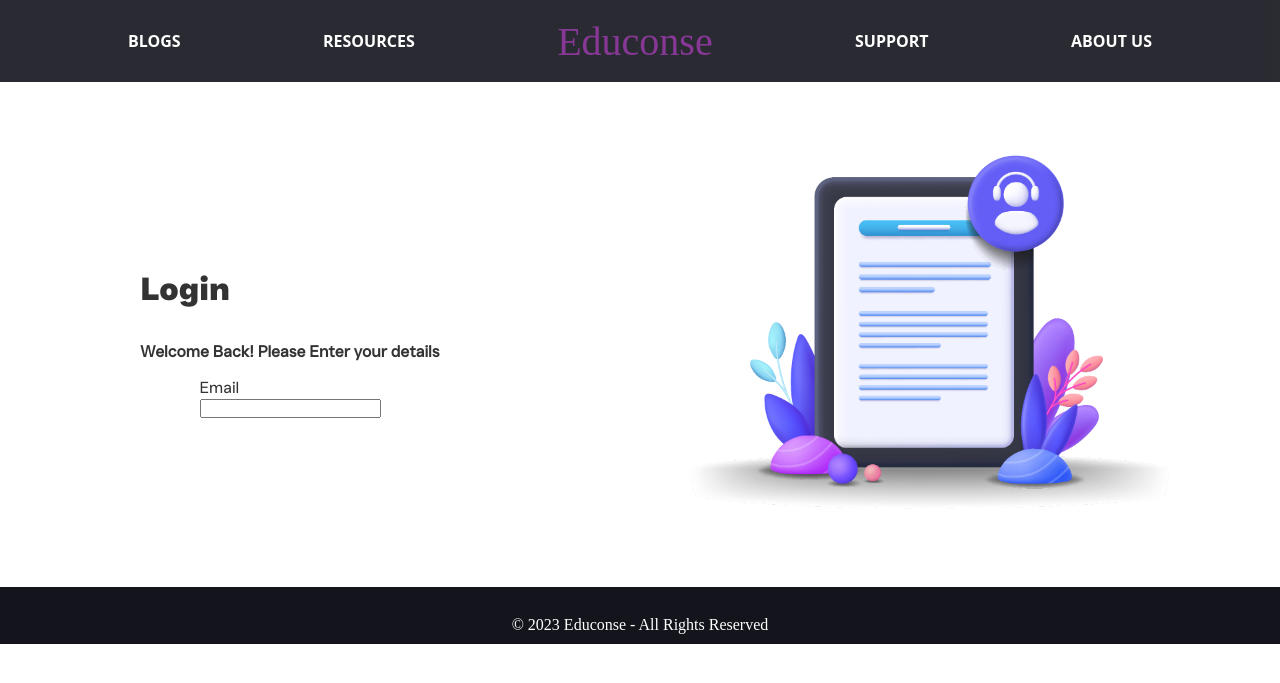
Repository: devajay07/educonse
Page: pages/login.html
An editor plug-in stored every save of this project. The page is shown before and after a run of saves, followed by the edit.
The browser window is 1280 px wide. The pictures show the whole page.

Above is the page before, as saved 2023-10-15 01:57:39.

After the next 3 saves:
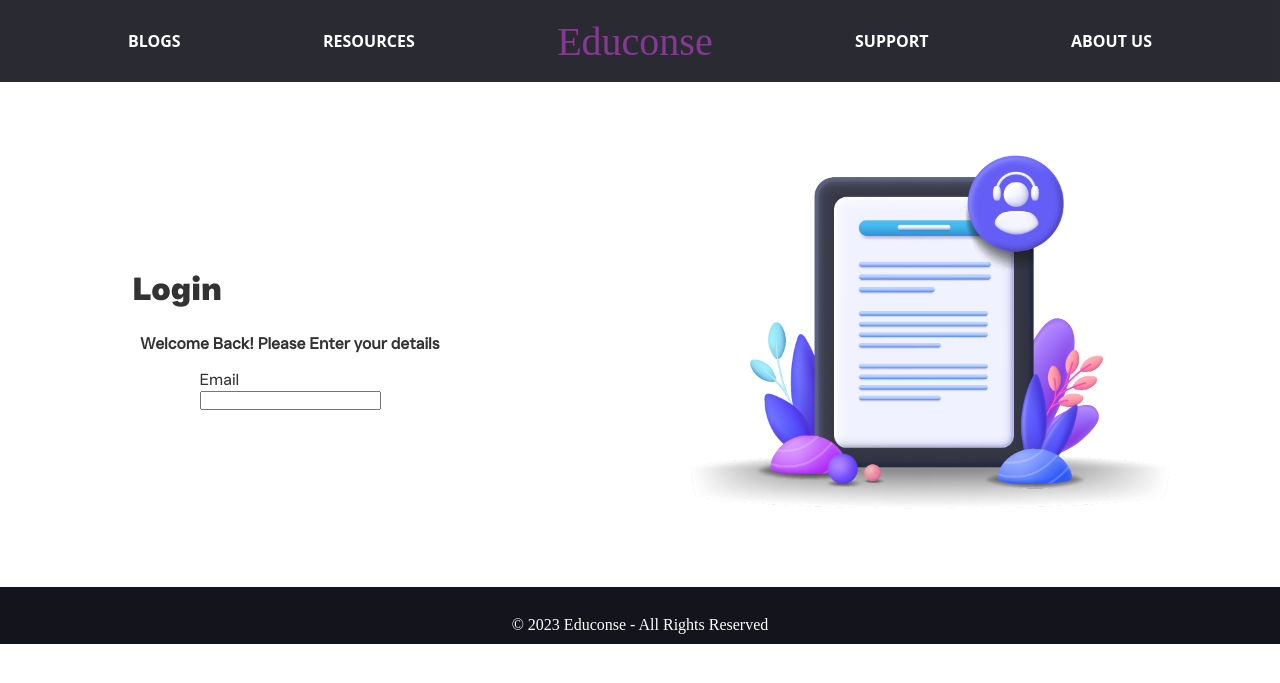
The 3 saves are shown as one change because they came seconds apart.
The last was saved 12 s later.
--- a/css/login.css
+++ b/css/login.css
@@ -55,7 +55,7 @@ main .login-panel{
 .heading{
   font-family: var(--brand-bold);
   font-size: 2rem;
-  padding: 1rem;
+  padding: 0.5rem;
 }
 
 .sub-heading{
